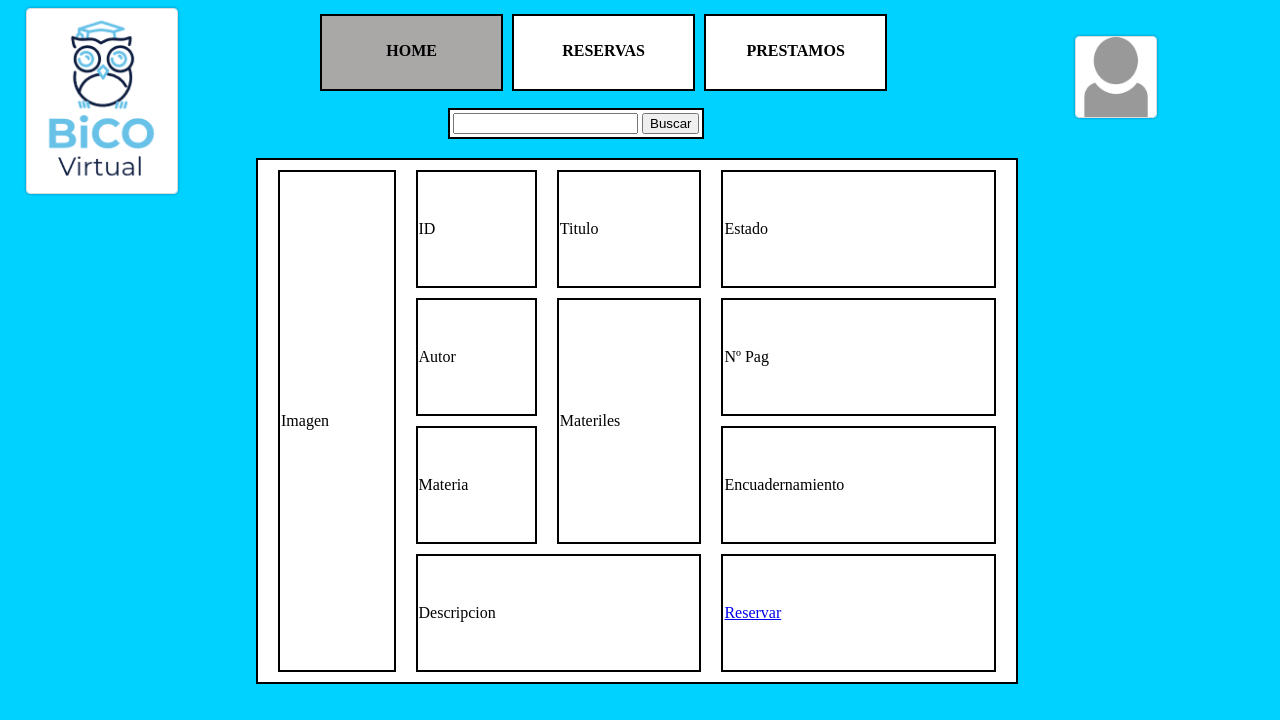
Repository: i72frpeu/IW_Bien
Page: http://localhost/Trabajo_IW/Vistas/Libro.jsp
An editor plug-in stored every save of this project. The page is shown before and after the next save, followed by the edit.
The browser window is 1280 px wide. The pictures show the whole page.
The page is served by Tomcat 9.

Above is the page before, as saved 2020-05-16 19:58:29.

After the next save:
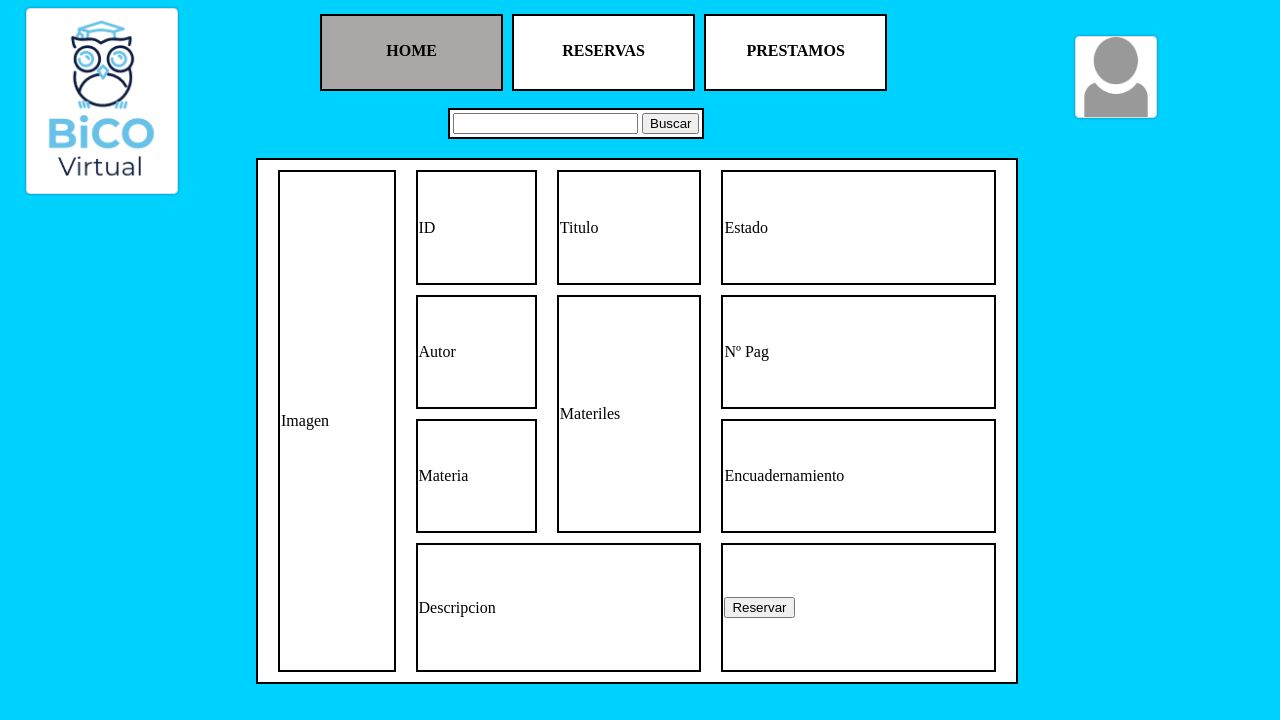
Saved 65 s later.
--- a/WorkSpace/Trabajo IW/WebContent/Vistas/Libro.jsp
+++ b/WorkSpace/Trabajo IW/WebContent/Vistas/Libro.jsp
@@ -38,7 +38,7 @@
 			<td class = "tdlibro"> Materia </td> <td class = "tdlibro"> Encuadernamiento </td>
 		</tr>
 		<tr>
-			<td class = "tdlibro" colspan = 2> Descripcion </td> <td class = "tdlibro"> <a href = "Formulario Reserva.jsp"><botton>Reservar</botton></a> </td>
+			<td class = "tdlibro" colspan = 2> Descripcion </td> <td class = "tdlibro"> <a href = "Formulario Reservas.jsp"><button>Reservar</button></a> </td>
 		</tr>
 	</table>
   </div>
